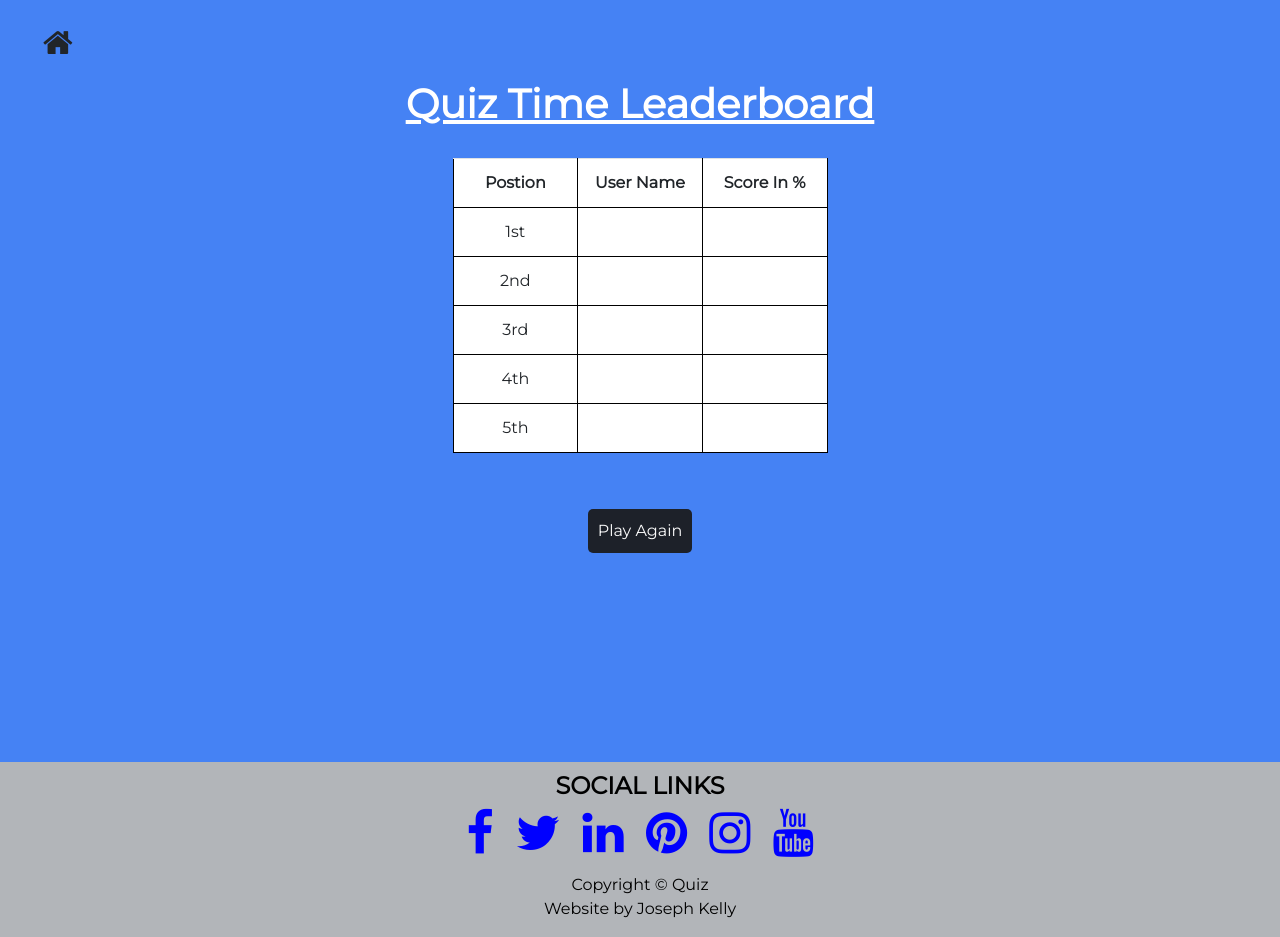
Repository: Code-Institute-Submissions/quiz-1
Page: leaderboard.html
The author's editor kept a record of every edit. The page is drawn from the files as they stood at one moment, then again after the next edit.
The browser window is 1280 px wide. The pictures show the whole page.

Above is the page before.
Console error: TypeError: Cannot set properties of null (setting 'innerHTML')

### leaderboard.html
<!DOCTYPE html>
<html lang="en">

<head>
    <meta charset="UTF-8">
    <meta name="viewport" content="width=device-width, initial-scale=1.0">
    <meta http-equiv="X-UA-Compatible" content="ie=edge">
    <link rel="stylesheet" href="https://stackpath.bootstrapcdn.com/bootstrap/4.4.1/css/bootstrap.min.css" type="text/css" />
    <link rel="stylesheet" href="https://stackpath.bootstrapcdn.com/font-awesome/4.7.0/css/font-awesome.min.css" type="text/css" />
    <link href="https://fonts.googleapis.com/css2?family=Montserrat&display=swap" rel="stylesheet">
    <link rel="stylesheet" href="assets/css/style.css" type="text/css" />
    <script src="https://cdnjs.cloudflare.com/ajax/libs/jquery/3.5.0/jquery.min.js" integrity="sha256-xNzN2a4ltkB44Mc/Jz3pT4iU1cmeR0FkXs4pru/JxaQ=" crossorigin="anonymous"></script>
    <script type="text/javascript" src="assets/js/modal-score.js"></script>
    <script type="text/javascript" src="assets/js/leaderboard.js"></script>
    <script src="assets/js/buttons.js"></script>
    <title>Quiz</title>
</head>
<!-- functions for leaderboard -->
<body onload="scorePercent(); saveHighScore()">
    <div class="container-fluid background-leaderboard">
        <div class="container-fluid buttons">
            <!-- button that takes user back to home page -->
            <button class="btn" onclick="home()"><i class="fa fa-home fa-2x"></i></button>
        </div>
        <!-- table that displays highscores -->
        <div class="table">
            <h1 class="leaderboard-title"><u><b>Quiz Time Leaderboard</b></u></h1>
            <div><h4 id="score-display"></h4></div>
            <table id="highScores">
                <tr>
                    <th>Postion</th>
                    <th>User Name</th>
                    <th>Score In %</th>
                </tr>
                <tr>
                    <td>1st</td>
                    <td id="username-1"></td>
                    <td id="score-1"></td>
                </tr>
                <tr>
                    <td>2nd</td>
                    <td id="username-2"></td>
                    <td id="score-2"></td>
                </tr>
                <tr>
                    <td>3rd</td>
                    <td id="username-3"></td>
                    <td id="score-3"></td>
                </tr>
                <tr>
                    <td>4th</td>
                    <td id="username-4"></td>
                    <td id="score-4"></td>
                </tr>
                <tr>
                    <td>5th</td>
                    <td id="username-5"></td>
                    <td id="score-5"></td>
                </tr>
            </table>
        </div>
        <div class="container-fluid load">
            <!-- button that takes player to load.html -->
            <a href="load.html" class="load-button">Play Again</a>
        </div>
    </div>
    <footer class="container-fluid">
        <div id="footer-details" class="row">
            <div class="col-sm">
                <h4 class="uppercase footer-info">Social Links</h4>
                <ul class="list-inline social-links">
                    <li class="list-inline-item">
                        <a target="_blank" href="#">
                            <i class="fa fa-facebook fa-3x" id="icon" aria-hidden="true"></i>
                            <span class="sr-only">Facebook</span>
                        </a>
                    </li>
                    <li class="list-inline-item">
                        <a target="_blank" href="#">
                            <i class="fa fa-twitter fa-3x" id="icon" aria-hidden="true"></i>
                            <span class="sr-only">Twitter</span>
                        </a>
                    </li>
                    <li class="list-inline-item">
                        <a target="_blank" href="#">
                            <i class="fa fa-linkedin fa-3x" id="icon" aria-hidden="true"></i>
                            <span class="sr-only">LinkedIn</span>
                        </a>
                    </li>
                    <li class="list-inline-item">
                        <a target="_blank" href="#">
                            <i class="fa fa-pinterest fa-3x" id="icon" aria-hidden="true"></i>
                            <span class="sr-only">pinterest</span>
                        </a>
                    </li>
                    <li class="list-inline-item">
                        <a target="_blank" href="#">
                            <i class="fa fa-instagram fa-3x" id="icon" aria-hidden="true"></i>
                            <span class="sr-only">Instagram</span>
                        </a>
                    </li>
                    <li class="list-inline-item">
                        <a target="_blank" href="#">
                            <i class="fa fa-youtube fa-3x" id="icon" aria-hidden="true"></i>
                            <span class="sr-only">Youtube</span>
                        </a>
                    </li>
                </ul>
                <div class="copyright">
                    <p>Copyright &#169; Quiz<br>Website by Joseph Kelly</p>
                </div>
            </div>
        </div>
    </footer>
    <script src="https://code.jquery.com/jquery-3.3.1.slim.min.js" integrity="sha384-q8i/X+965DzO0rT7abK41JStQIAqVgRVzpbzo5smXKp4YfRvH+8abtTE1Pi6jizo" crossorigin="anonymous"></script>
    <script src="https://cdnjs.cloudflare.com/ajax/libs/popper.js/1.14.7/umd/popper.min.js" integrity="sha384-UO2eT0CpHqdSJQ6hJty5KVphtPhzWj9WO1clHTMGa3JDZwrnQq4sF86dIHNDz0W1" crossorigin="anonymous"></script>
    <script src="https://stackpath.bootstrapcdn.com/bootstrap/4.3.1/js/bootstrap.min.js" integrity="sha384-JjSmVgyd0p3pXB1rRibZUAYoIIy6OrQ6VrjIEaFf/nJGzIxFDsf4x0xIM+B07jRM" crossorigin="anonymous"></script>
</body>

</html>

### assets/css/style.css
body {
  font-family: 'Montserrat', sans-serif;
}

a {
  color: white;
  text-decoration: none !important;
}

a:visited {
  color: white;
}

a:hover {
  color: white;
}

a:active {
  color: white;
}

/*--------------------------- home --------------- */

.home {
  background-color: #4582F4;
  height: 782px;
}

.background-load {
  background-color: #4582F4;
  height: 762px;
}

.background-quiz {
  background-color: #4582F4;
  height: 762px;
}

.background-leaderboard {
  background-color: #4582F4;
  height: 762px;
}

.info {
  font-family: 'Montserrat', sans-serif;
  text-align: center;
  padding-top: 40px;
  width: 70%;
  margin: auto;
  color: white;
}

.load {
  display: flex;
  justify-content: center;
  align-items: center;
  padding-top: 40px;
  padding-bottom: 40px;
}

.load-button {
  background-color: #1D2129;
  text-decoration: none;
  color: #fafafa;
  padding: 10px;
  border-radius: 5px;
}

/*--------------------------- animation --------------- */

.quiz-time {
  text-align: center;
  padding-top: 150px;
  width: 100vw;
  font-family: 'Montserrat', sans-serif;
  display: flex;
  justify-content: center;
  align-items: center;
  margin: -20px;
}

.animation span {
  position: relative;
  top: 20px;
  display: inline-block;
  -webkit-animation: bounce 0.3s ease infinite alternate;
  font-size: 100px;
  color: #fff;
  text-shadow: 0 1px 0 #ccc, 0 2px 0 #ccc, 0 3px 0 #ccc, 0 4px 0 #ccc,
  0 5px 0 #ccc, 0 6px 0 transparent, 0 7px 0 transparent, 0 8px 0 transparent,
  0 9px 0 transparent, 0 10px 10px rgba(0, 0, 0, 0.4);
}

.animation span:nth-child(2) {
  -webkit-animation-delay: 0.1s;
}

.animation span:nth-child(3) {
  -webkit-animation-delay: 0.2s;
}

.animation span:nth-child(4) {
  -webkit-animation-delay: 0.3s;
}

.animation span:nth-child(5) {
  -webkit-animation-delay: 0.4s;
}

.animation span:nth-child(6) {
  -webkit-animation-delay: 0.5s;
}

.animation span:nth-child(7) {
  -webkit-animation-delay: 0.6s;
}

.animation span:nth-child(8) {
  -webkit-animation-delay: 0.2s;
}

.animation span:nth-child(9) {
  -webkit-animation-delay: 0.3s;
}

.animation span:nth-child(10) {
  -webkit-animation-delay: 0.4s;
}

.animation span:nth-child(11) {
  -webkit-animation-delay: 0.5s;
}

.animation span:nth-child(12) {
  -webkit-animation-delay: 0.6s;
}

.animation span:nth-child(13) {
  -webkit-animation-delay: 0.7s;
}

.animation span:nth-child(14) {
  -webkit-animation-delay: 0.8s;
}

/* ANIMATION */

@-webkit-keyframes bounce {
  100% {
    top: -20px;
    text-shadow: 0 1px 0 #ccc, 0 2px 0 #ccc, 0 3px 0 #ccc, 0 4px 0 #ccc,
    0 5px 0 #ccc, 0 6px 0 #ccc, 0 7px 0 #ccc, 0 8px 0 #ccc, 0 9px 0 #ccc,
    0 50px 25px rgba(0, 0, 0, 0.2);
  }
}

/*--------------------------- footer --------------- */

footer {
  color: #fafafa;
  padding-top: 10px;
  background-color: #B2B5B9;
  display: inline-block;
  position: relative;
}

.footer-info {
  font-weight: bold;
  text-align: center;
  color: #000000;
}

.list-inline-item {
  margin-left: 10px;
  margin-right: 10px;
}

.uppercase {
  text-transform: uppercase;
}

.social-links {
  text-align: center;
  color: #000000;
}

.copyright {
  text-align: center;
  color: #000000;
}

#icon {
  color: blue;
}

/*--------------------------- Quiz Loading --------------- */

.prompt {
  text-align: center;
  color: #fafafa;
  margin-bottom: 0;
  padding-top: 10px;
}

.start-button {
  background-color: #1D2129;
  text-decoration: none;
  color: #fafafa;
  padding: 10px;
  border-radius: 5px;
}

.form-heading {
  padding-top: 100px;
  text-align: center;
  color: white;
  text-decoration: underline;
}

.option-select {
  display: block;
  margin-right: auto;
  margin-left: auto;
  padding-top: 50px;
}

::placeholder {
  color: white;
  padding-left: 15px;
  font-size: 20px;
}

.username {
  width: 300px;
  display: block;
  margin-left: auto;
  margin-right: auto;
  height: 50px;
  color: white;
  font-size: 20px;
  background-color: #000000;
  border: solid 1px;
  border-radius: 10px;
  border-color: white;
}

.box select {
  background-color: #000000;
  margin-left: auto;
  margin-right: auto;
  color: white;
  padding: 12px;
  width: 300px;
  border: solid 1px;
  border-radius: 10px;
  font-size: 20px;
  box-shadow: 0 5px 25px rgba(0, 0, 0, 0.2);
  -webkit-appearance: button;
  appearance: button;
  outline: none;
  display: block;
}

.box:hover::before {
  color: rgba(255, 255, 255, 0.6);
  background-color: rgba(255, 255, 255, 0.2);
}

/*--------------------------- quiz timer --------------- */

.modal-header {
  margin-left: auto;
  margin-right: auto;
}

.countdown {
  margin: 0 auto;
  max-width: 350px;
  background: #ff0000;
  font-family: Impact, Charcoal, sans-serif;
  text-align: center;
}

.countdown .header {
  color: #c61d1d;
  text-align: center;
  font-weight: normal;
  margin: 5px 0 10px 0;
}

.countdown .square {
  display: inline-block;
  padding: 10px;
  margin: 5px;
}

.countdown .digits {
  font-size: 24px;
  background: #fff;
  color: #000;
  padding: 20px 10px;
  border-radius: 5px;
}

.countdown .text {
  margin-top: 10px;
  color: #ddd;
}

/*--------------------------- quiz page --------------- */
.carousel-control-next {
  position: absolute;
  height: 224px;
  align-items: flex-end;
}

.finish {
  width: 30%;
  margin-left: auto;
  margin-right: auto;
  display: block;
  text-align: center;
}

.image-display {
  margin-bottom: 20px;
  height: auto;
  width: 350px;
  padding-left: 50px;
  margin-left: auto;
  margin-right: auto;
}

.buttons {
  margin-top: 20px;
  float: right;
}

.countdown-quiz {
  margin: 0 auto;
  max-width: 350px;
  background: #ff0000;
  font-family: Impact, Charcoal, sans-serif;
  text-align: center;
  clear: both;
}

.countdown-quiz .header {
  color: #c61d1d;
  text-align: center;
  font-weight: normal;
  margin: 5px 0 10px 0;
}

.countdown-quiz .square {
  display: inline-block;
  padding: 10px;
  margin: 5px;
}

.countdown-quiz .digits {
  font-size: 24px;
  background: #fff;
  color: #000;
  padding: 20px 10px;
  border-radius: 5px;
}

.countdown-quiz .text {
  margin-top: 10px;
  color: #ddd;
}

.carousel-item {
  height: auto;
}

#question-1,
#question-2,
#question-3,
#question-4,
#question-5,
#question-6,
#question-7,
#question-8,
#question-9,
#question-10,
#question-11,
#question-12,
#question-13,
#question-14,
#question-15,
#question-16,
#question-17,
#question-18,
#question-19,
#question-20 {
  padding-top: 20px;
  text-align: center;
  color: white;
}

#answers-1,
#answers-2,
#answers-3,
#answers-4,
#answers-5,
#answers-6,
#answers-7,
#answers-8,
#answers-9,
#answers-10,
#answers-11,
#answers-12,
#answers-13,
#answers-14,
#answers-15,
#answers-16,
#answers-17,
#answers-18,
#answers-19,
#answers-20 {
  padding-top: 20px;
  text-align: left;
  margin: auto;
  width: 400px;
  color: white;
}

/*--------------------------- Leaderboard page --------------- */

.leaderboard-title {
  text-align: center;
  padding-top: 30px;
  width: 100%;
  margin-left: auto;
  margin-right: auto;
  font-weight: bold;
  padding-top: 80px;
  color: white;
}

table {
  margin-top: 30px;
  margin-left: auto;
  margin-right: auto;
  width: 70%;
}

table,
th,
td {
  border: solid 1px black;
  background-color: white;
  text-align: center;
  width: 30%;
}

#score-display {
  text-align: center;
  color: white;
  margin-top: 15px;
}

#footer-btns {
  text-align: center;
  margin-top: 10px;
  margin-bottom: 20px;
}

### assets/js/modal-score.js
 $(window).on('load',function(){
        $('#exampleModalCenter').modal('show');
    });

    // displays modal on page load

### assets/js/leaderboard.js
var mostRecentScore = localStorage.getItem('mostRecentScore');
var amount = sessionStorage.getItem('amount');
var tada = new Audio('assets/audio/tada.wav');
var sad = new Audio('assets/audio/sadtrombone.wav');
var scorePercent;
var username = localStorage.getItem("username");
var highScores = JSON.parse(localStorage.getItem("highScores")) || [];
var scorePercentRound;
var highscoresTable = document.getElementById("highscores-table");



function scorePercent() {

    scorePercent = (mostRecentScore / amount) * 100;
    scorePercentRound = Math.round(scorePercent);
    document.getElementById("scorePercentRound").innerHTML = scorePercentRound + "%";
    //takes mostRecentSore variable and converts it to percent and rounds to the nearest integer
}

function saveHighScore() {
    const score = {
        name: username,
        score: scorePercentRound
    };
    //stores scores and username in an object
    console.log(score);
    highScores.push(score); //pushes score object into highscores array
    highScores.sort((a, b) => b.score - a.score); //sorts array from highest to lowest
    highScores.splice(5); //ensures that the maximum of items in highscores remains at 5


    localStorage.setItem("highScores", JSON.stringify(highScores));

    if (scorePercentRound >= highScores[0].score || scorePercentRound >= highScores[1].score || scorePercentRound >= highScores[2].score || scorePercentRound >= highScores[3].score || scorePercentRound >= highScores[4].score || highScores.length < 4) {
        tada.play();// determines weather or not the user makes it on the leaderboard and plays music if sucessful
    }
    else {
        sad.play();// music that plays if user does not make it onto the leaderboard
    }
    console.log(highScores);

    if (highScores.length == 1) {
        document.getElementById("username-1").innerHTML = highScores[0].name;
        document.getElementById("score-1").innerHTML = highScores[0].score;
        // if there is only one item in highscores writes that item to the leaderboard
    }
    else if (highScores.length == 2) {
        document.getElementById("username-1").innerHTML = highScores[0].name;
        document.getElementById("score-1").innerHTML = highScores[0].score;
        document.getElementById("username-2").innerHTML = highScores[1].name;
        document.getElementById("score-2").innerHTML = highScores[1].score;
        // if there is 2 items in highscores writes them to the leaderboard
    }
    else if (highScores.length == 3) {
        document.getElementById("username-1").innerHTML = highScores[0].name;
        document.getElementById("score-1").innerHTML = highScores[0].score;
        document.getElementById("username-2").innerHTML = highScores[1].name;
        document.getElementById("score-2").innerHTML = highScores[1].score;
        document.getElementById("username-3").innerHTML = highScores[2].name;
        document.getElementById("score-3").innerHTML = highScores[2].score;
        // if there is only 3 items in highscores writes them to the leaderboard
    }
    else if (highScores.length == 4) {
        document.getElementById("username-1").innerHTML = highScores[0].name;
        document.getElementById("score-1").innerHTML = highScores[0].score;
        document.getElementById("username-2").innerHTML = highScores[1].name;
        document.getElementById("score-2").innerHTML = highScores[1].score;
        document.getElementById("username-3").innerHTML = highScores[2].name;
        document.getElementById("score-3").innerHTML = highScores[2].score;
        document.getElementById("username-4").innerHTML = highScores[3].name;
        document.getElementById("score-4").innerHTML = highScores[3].score;
        //if there is only 4 items in highscores writes them to the leaderboard
    }
    else if (highScores.length == 5) {
        document.getElementById("username-1").innerHTML = highScores[0].name;
        document.getElementById("score-1").innerHTML = highScores[0].score;
        document.getElementById("username-2").innerHTML = highScores[1].name;
        document.getElementById("score-2").innerHTML = highScores[1].score;
        document.getElementById("username-3").innerHTML = highScores[2].name;
        document.getElementById("score-3").innerHTML = highScores[2].score;
        document.getElementById("username-4").innerHTML = highScores[3].name;
        document.getElementById("score-4").innerHTML = highScores[3].score;
        document.getElementById("username-5").innerHTML = highScores[4].name;
        document.getElementById("score-5").innerHTML = highScores[4].score;
        //if there is 5 items in highscores writes them to the leaderboard
    }
    sessionStorage.clear();
}

function clearSession() {
    sessionStorage.clear();
}

Loaded but not shown: assets/js/buttons.js (no copy from this time; the picture is the same without it)

After the next edit:
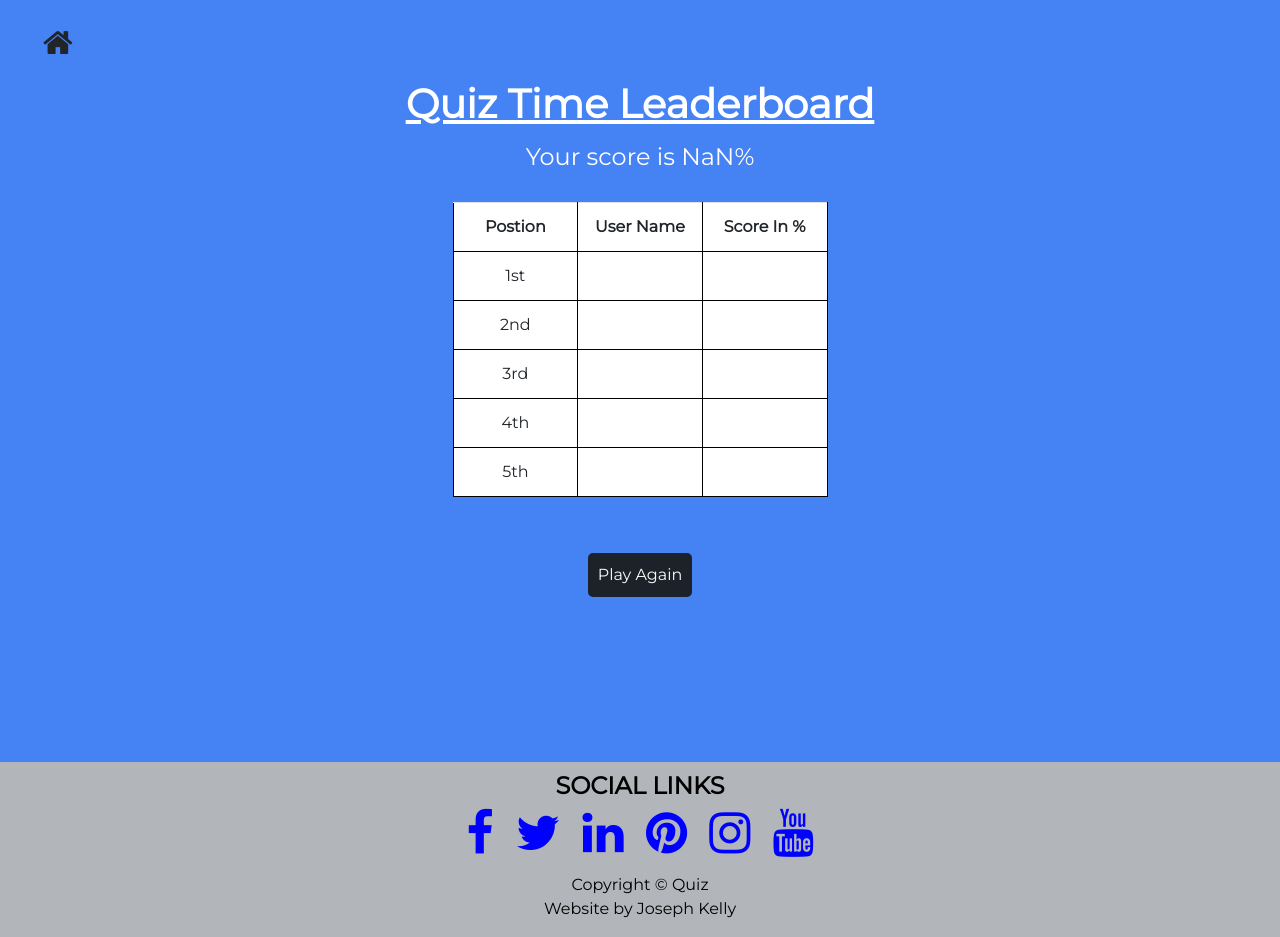
Console error: TypeError: Cannot read properties of undefined (reading 'score')
The edit:
--- a/assets/js/leaderboard.js
+++ b/assets/js/leaderboard.js
@@ -14,8 +14,7 @@
 
     scorePercent = (mostRecentScore / amount) * 100;
     scorePercentRound = Math.round(scorePercent);
-    document.getElementById("scorePercentRound").innerHTML = scorePercentRound + "%";
-    //takes mostRecentSore variable and converts it to percent and rounds to the nearest integer
+    document.getElementById("score-display").innerHTML = "Your score is " + scorePercentRound + "%";
 }
 
 function saveHighScore() {
